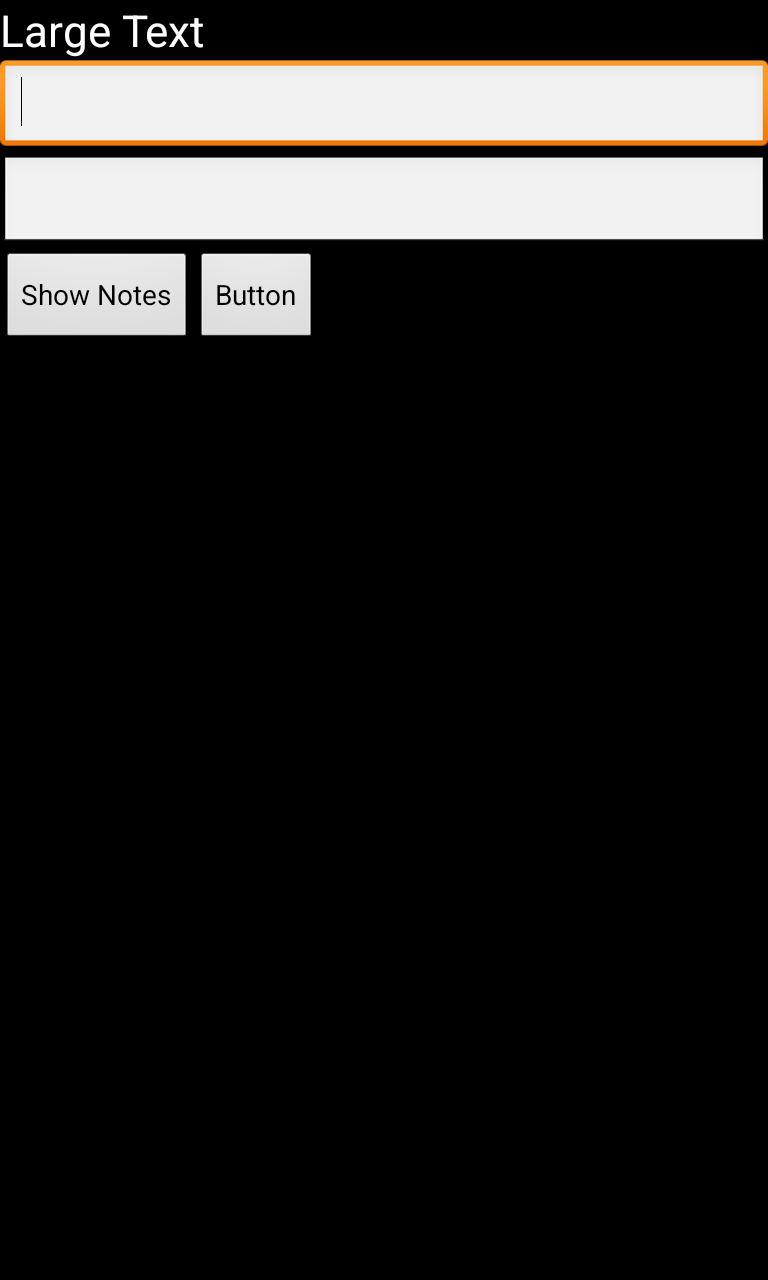
Repository: smartapps08/addteqtutorials
Layout: Database Demo/res/layout/main.xml
These files come from the project's save history. The layout is drawn as it stood at one moment and after the next save; the edit follows.
It is drawn on a 768 x 1280 px phone screen (xhdpi) without system bars, with theme android:Theme; the app's code is not run.

Above is the layout before, as saved 2012-06-12 15:23:23.

After the next save:
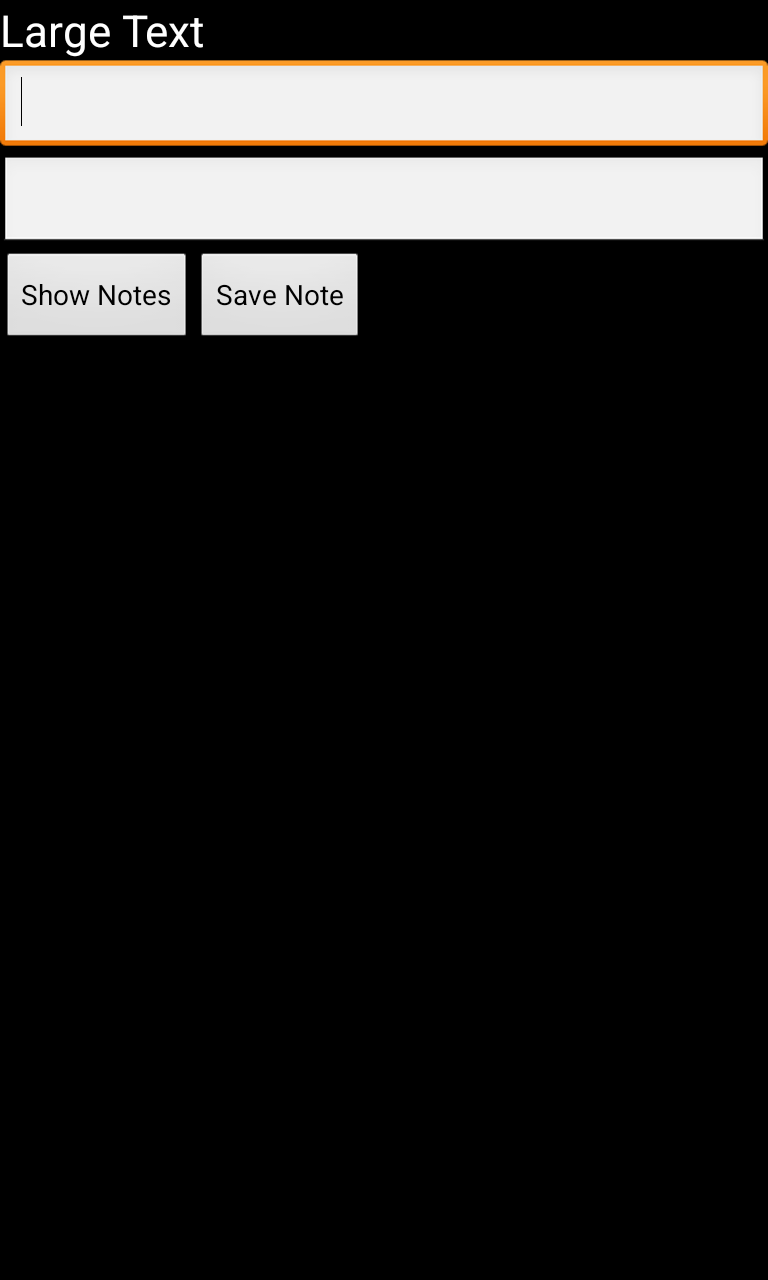
Saved 13 s later.
--- a/Database Demo/res/layout/main.xml
+++ b/Database Demo/res/layout/main.xml
@@ -38,10 +38,10 @@
             android:text="Show Notes" />
 
         <Button
-            android:id="@+id/button2"
+            android:id="@+id/btnSave"
             android:layout_width="wrap_content"
             android:layout_height="wrap_content"
-            android:text="Button" />
+            android:text="Save Note" />
 
     </LinearLayout>
 
